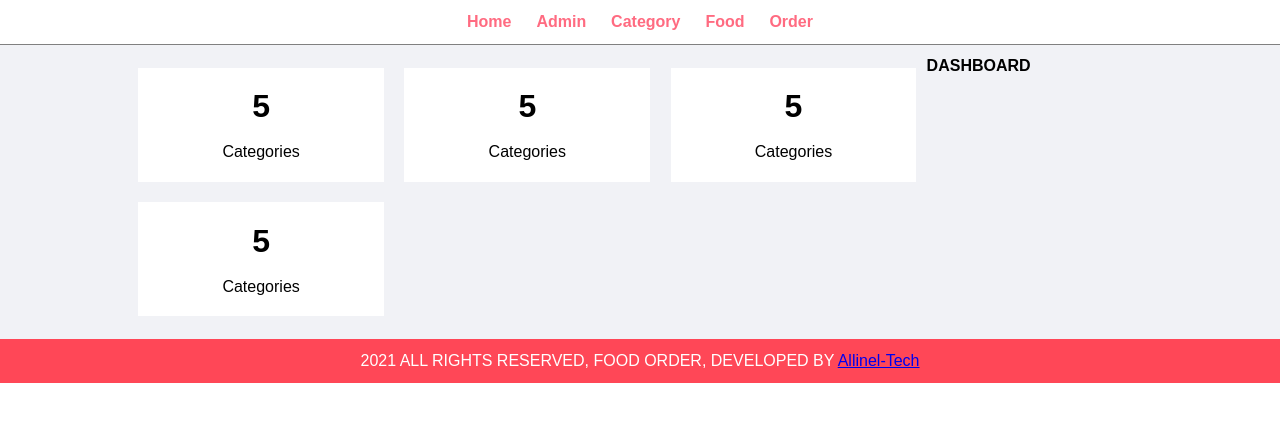
Repository: yazshrilld/food_order
Page: http://localhost/admin/index.php
The author's editor kept a copy of each file at every save. The page is drawn from the files as they stood at one save, then again after a run of saves.
The browser window is 1280 px wide. The pictures show the whole page.
The page is run by PHP 8.4 with error messages shown; the project is at /var/www/html/.

Above is the page before, as saved 2021-01-24 16:44:28.

### admin/index.php
    <html>
    <head>
        <title>Food Order Website - Home Page</title>
        <link rel="stylesheet" href="../css/admin.css">
    </head>
    <body>
        <!-- Menu Section Starts -->
            <div class="menu text-center">
                <div class="wrapper">
                    <ul>
                        <li><a href="">Home</a></li>
                        <li><a href="">Admin</a></li>
                        <li><a href="">Category</a></li>
                        <li><a href="">Food</a></li>
                        <li><a href="">Order</a></li>
                    </ul>
                </div>
            </div>
        <!-- Menu Section Ends -->

        <!-- Main Content Section Starts -->
            <div class="main-content">
                <div class="wrapper">
                    <strong>DASHBOARD</strong>
                    <div class="col-4 text-center">
                        <h1>5</h1><br /> Categories
                    </div>
                    <div class="col-4 text-center">
                        <h1>5</h1><br /> Categories
                    </div>
                    <div class="col-4 text-center">
                        <h1>5</h1><br /> Categories
                    </div>
                    <div class="col-4 text-center">
                        <h1>5</h1><br /> Categories
                    </div>
                    <div class="clearFix"></div>
                </div>
            </div>
        <!-- Main Content Section Ends -->

        <!-- Footer Section Starts -->
            <div class="footer">
                <div class="wrapper">
                    <p class="text-center">2021 ALL RIGHTS RESERVED, FOOD ORDER, DEVELOPED BY <a href="#">Allinel-Tech</a></p>
                </div>
            </div>
        <!-- Footer Section Ends -->

    </body>
</html>

### css/admin.css
/*
    Author: Musa Yazid
    Theme: Food Order Website Admin
    Version: 1.0
*/

* {
    margin: 0;
    padding: 0;
    font-family: Arial, Helvetica, sans-serif;
}

.wrapper {
    padding: 1%;
    width: 80%;
    margin: 0 auto;
}

.text-center {
    text-align: center;
}
.clearFix {
    float: none;
    clear: both;
}
/* CSS for Menu */
.menu {
    border-bottom: 1px solid grey;
}
.menu ul {
    list-style-type: none;
}
.menu ul li {
    display: inline;
    padding: 1%;
}
.menu ul li a {
    text-decoration: none;
    font-weight: bold;
    color: #ff6b81;
}
.menu ul li a:hover {

    color: #ff4757;
}

/* CSS for main-content */

.main-content {
    background-color: #f1f2f6;
}
.col-4 {
    width: 20%;
    background-color: white;
    margin: 1%;
    padding: 2%;
    float: left;
}

/* CSS for footer */
.footer {
    background-color: #ff4757;
    color: white;
}

After the next 6 saves:
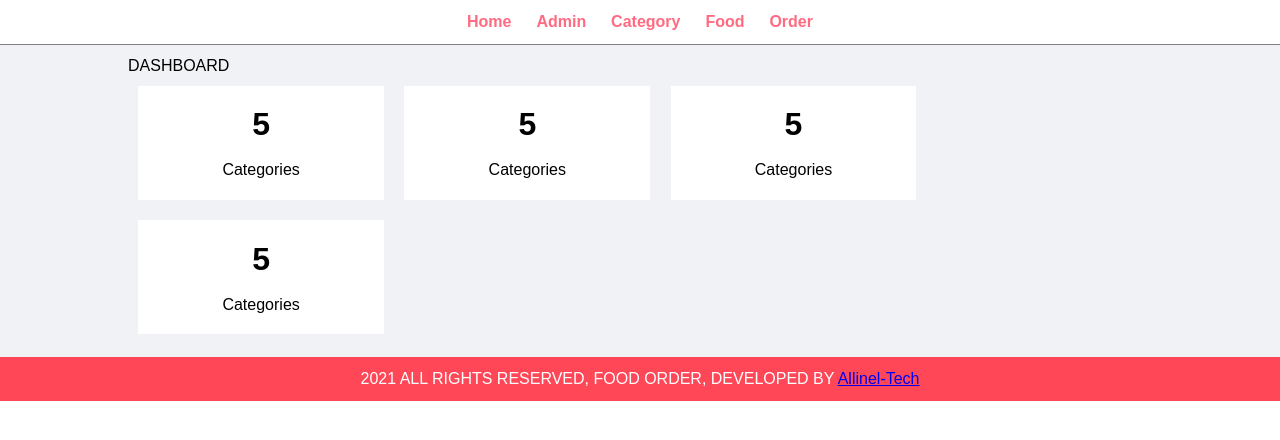
The 6 saves are shown as one change because they came seconds apart.
The last was saved 53 s later.
--- a/admin/index.php
+++ b/admin/index.php
@@ -21,7 +21,7 @@
         <!-- Main Content Section Starts -->
             <div class="main-content">
                 <div class="wrapper">
-                    <strong>DASHBOARD</strong>
+                   DASHBOARD <h1></h1>
                     <div class="col-4 text-center">
                         <h1>5</h1><br /> Categories
                     </div>

After the save that followed:
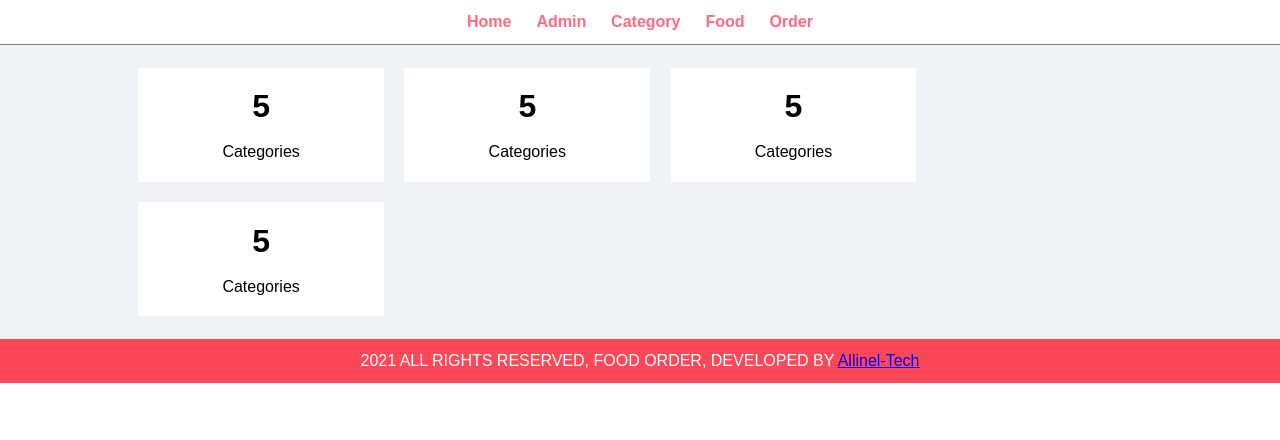
Saved 5 s later.
--- a/admin/index.php
+++ b/admin/index.php
@@ -21,7 +21,7 @@
         <!-- Main Content Section Starts -->
             <div class="main-content">
                 <div class="wrapper">
-                   DASHBOARD <h1></h1>
+                    <h1></h1>
                     <div class="col-4 text-center">
                         <h1>5</h1><br /> Categories
                     </div>
